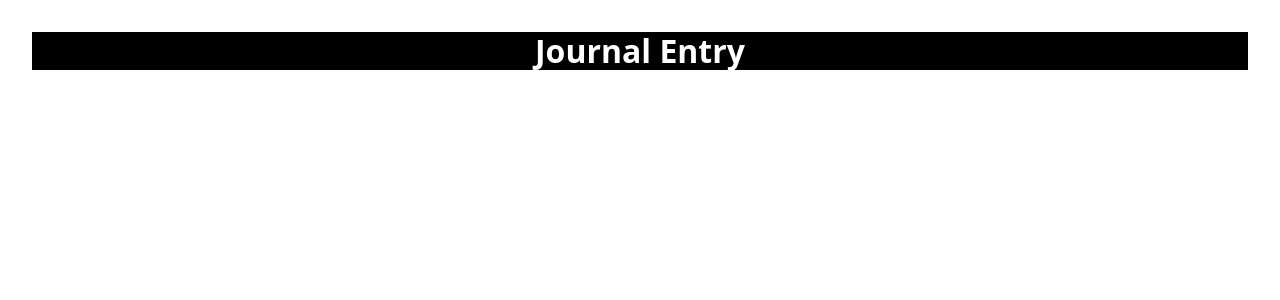
Repository: kestermbah/ai-journal
Page: /
The author's editor kept a copy of each file at every save. The page is drawn from the files as they stood at one save, then again after the next save.
The browser window is 1280 px wide. The pictures show the whole page.
The project was rebuilt for these pictures with package versions that can differ from the ones it lists, and the page was loaded fresh each time. Also part of the build but not shown: vite.config.ts, src/index.css.

Above is the page before, as saved 2024-12-24 20:41:10.

After the next save:
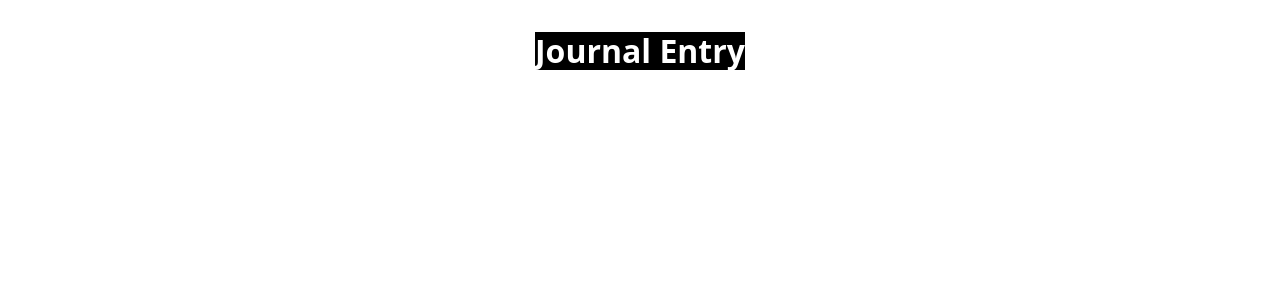
Saved 13 s later.
--- a/src/components/Journal.css
+++ b/src/components/Journal.css
@@ -5,3 +5,10 @@
     margin-bottom: 1rem;
     background-color: black;
 }
+
+.Journal{
+    display: flex;
+    flex-wrap: wrap;
+    justify-content: space-around;
+    gap: 1rem;
+}

After the save that followed:
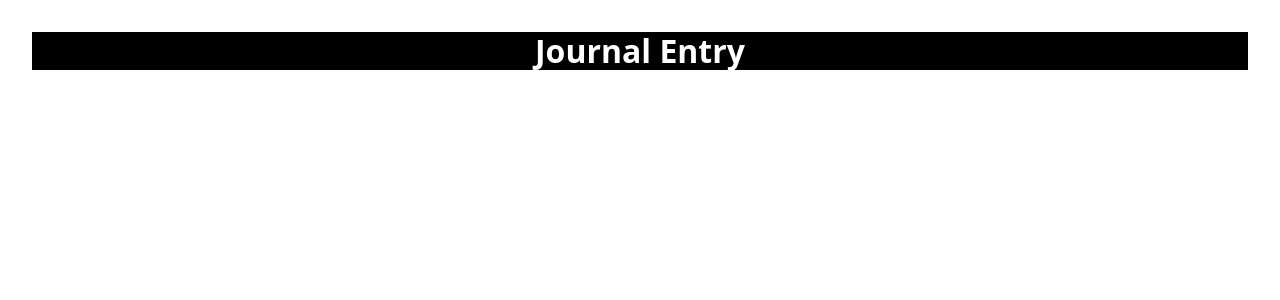
Saved 25 s later.
--- a/src/components/Journal.css
+++ b/src/components/Journal.css
@@ -6,9 +6,6 @@
     background-color: black;
 }
 
-.Journal{
-    display: flex;
-    flex-wrap: wrap;
-    justify-content: space-around;
-    gap: 1rem;
+.Journal {
+    display: 70 vh;
 }
